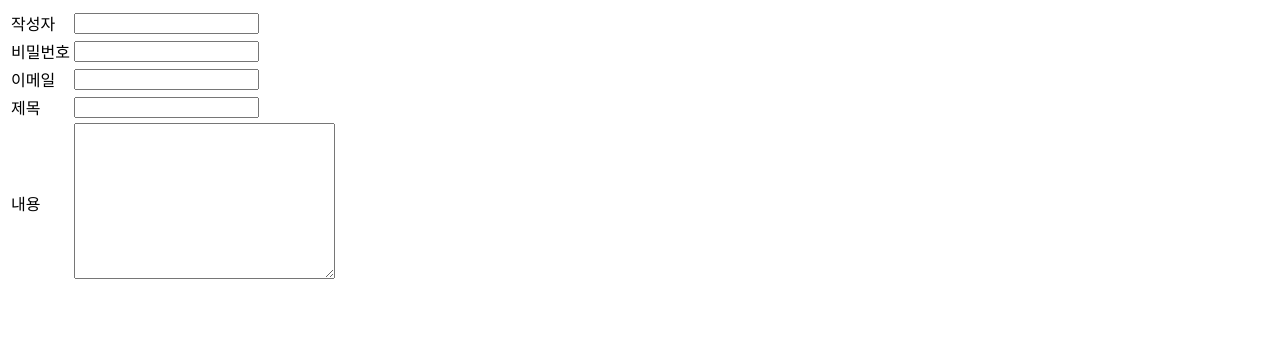
Repository: GitOnibi/jsp
Page: http://localhost/JSPprojec/notice/reply.jsp
The author's editor kept a copy of each file at every save. The page is drawn from the files as they stood at one save, then again after the next save.
The browser window is 1280 px wide. The pictures show the whole page.
The page is served by Tomcat 9. Queries for data that is not in the repository find no rows.

Above is the page before, as saved 2019-01-14 10:54:47.

After the next save:
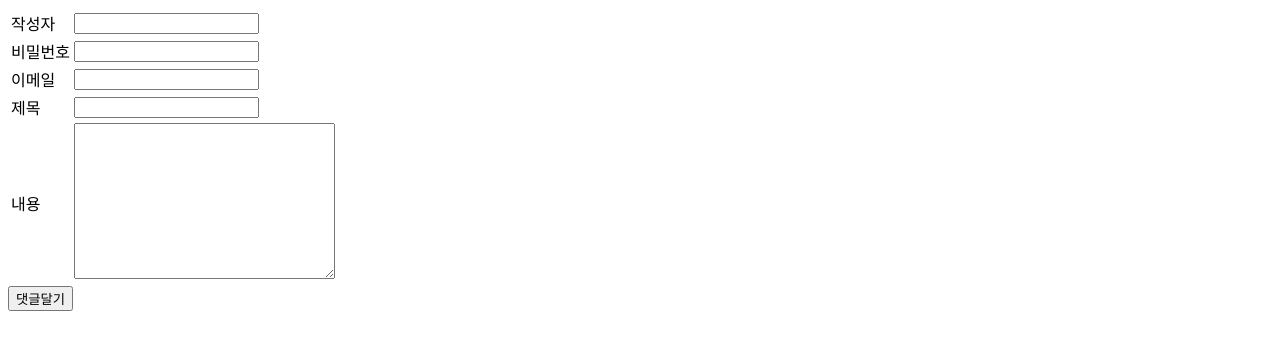
Saved 57 s later.
--- a/JSPprojec/WebContent/notice/reply.jsp
+++ b/JSPprojec/WebContent/notice/reply.jsp
@@ -51,6 +51,7 @@
 		<input type="hidden" value="${ ref }"/>
 		<input type="hidden" value="${ step }"/>
 		<input type="hidden" value="${ b_order }"/>
+		<input type="submit" value="댓글달기"/>
 	</form>
 </body>
 </html>
